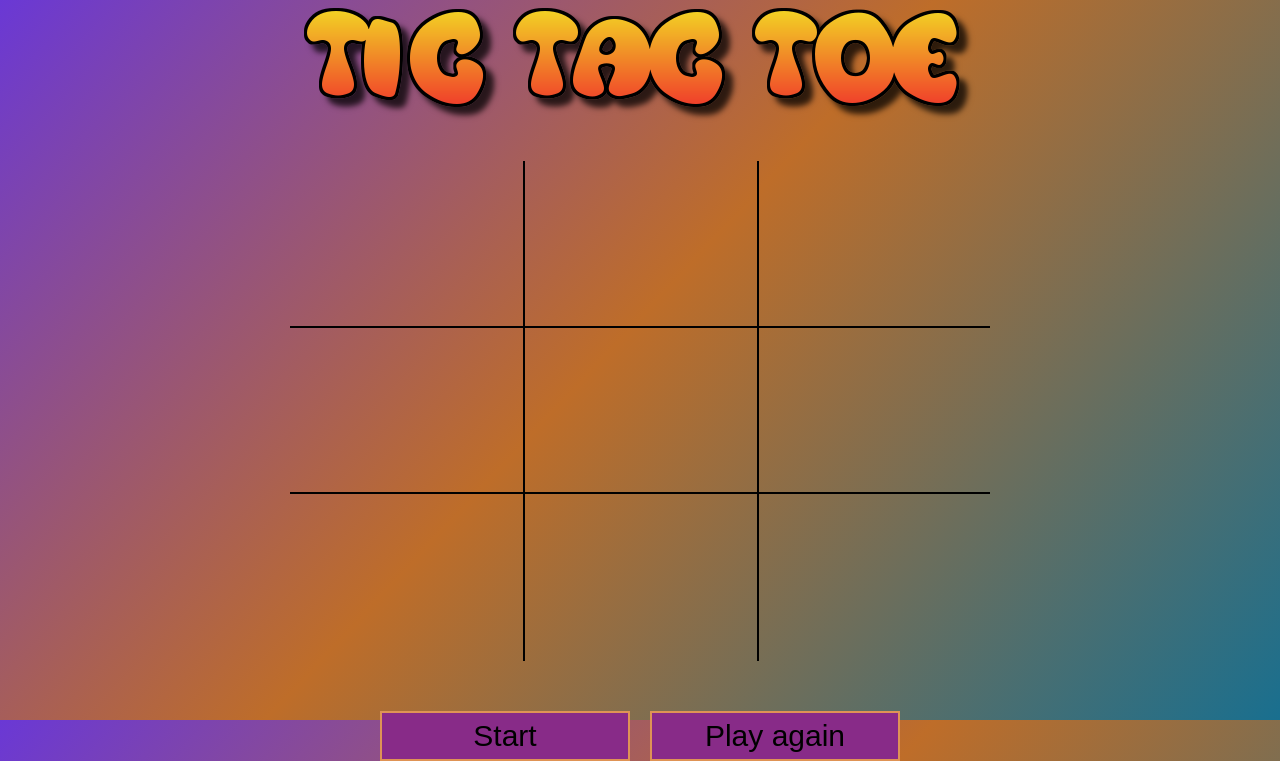
Repository: malx9/Project--5---Tic-Tac-Toe-with-AI
Page: index.html
An editor plug-in stored every save of this project. The page is shown before and after a run of saves, followed by the edit.
The browser window is 1280 px wide. The pictures show the whole page.

Above is the page before, as saved 2023-12-25 17:38:08.

### index.html
<!DOCTYPE html>
<html lang="en">
  <head>
    <meta charset="UTF-8" />
    <meta name="viewport" content="width=device-width, initial-scale=1.0" />
    <link rel="stylesheet" href="styles.css" />
    <title>Tic Tac Toe</title>
  </head>
  <body>
    <header>
      <img class="logo" src="images/logo.png" />
    </header>
    <main>
      <div class="game--board">
        <div class="square square-1"></div>
        <div class="square square-2"></div>
        <div class="square square-3"></div>
        <div class="square square-4"></div>
        <div class="square square-5"></div>
        <div class="square square-6"></div>
        <div class="square square-7"></div>
        <div class="square square-8"></div>
        <div class="square square-9"></div>
      </div>
      <div class="game--options">
        <button class="game--options__button game--options__start">
          Start
        </button>
        <button class="game--options__button game--options__play">
          Play again
        </button>
      </div>
    </main>
  </body>
</html>

### styles.css
html {
  height: 100%;
  margin: 0;
}

body {
  margin: 0;
  background: rgb(106, 56, 213);
  background: linear-gradient(
    133deg,
    rgba(106, 56, 213, 1) 0%,
    rgba(190, 109, 41, 1) 48%,
    rgba(25, 111, 143, 1) 100%
  );
}

.logo {
  display: block;
  margin-left: auto;
  margin-right: auto;
  margin-bottom: 30px;
}

.game--board {
  display: grid;
  grid-template-columns: repeat(3, 1fr);
  grid-template-rows: repeat(3, 1fr);
  width: 700px;
  height: 500px;
  margin: auto;
}

.square {
  background-color: transparent;
  border: 2px solid #000000;
  border-top: 0;
  border-right: 0;
}

.square-7,
.square-8,
.square-9 {
  border-bottom: 0;
}

.square-1,
.square-4,
.square-7 {
  border-left: 0;
}

.game--options {
  display: flex;
  justify-content: center;
  align-items: center;
  gap: 20px;
  margin-top: 50px;
}

.game--options__button {
  width: 250px;
  height: 50px;
  background-color: rgb(136, 43, 136);
  border-style: solid;
  border-color: rgb(223, 147, 85);
  font-size: 30px;
}

After the next 2 saves:
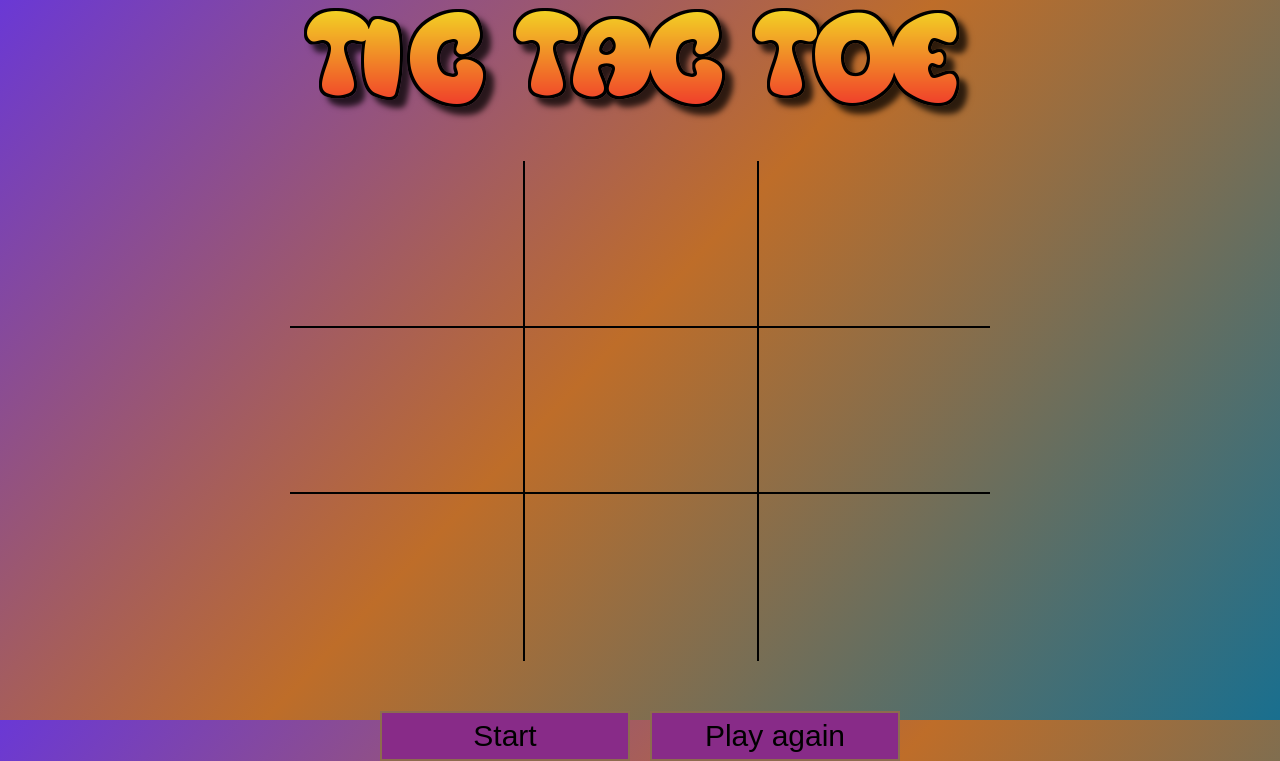
The 2 saves are shown as one change because they came seconds apart.
The last was saved 5 s later.
--- a/styles.css
+++ b/styles.css
@@ -62,6 +62,6 @@ body {
   height: 50px;
   background-color: rgb(136, 43, 136);
   border-style: solid;
-  border-color: rgb(223, 147, 85);
+  border-color: rgb(141, 107, 78);
   font-size: 30px;
 }
